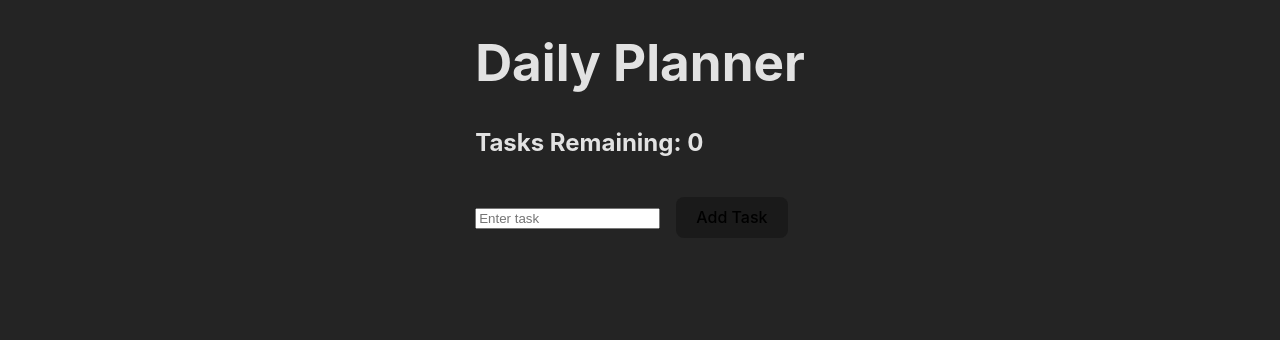
Repository: MelissaJacobi/frontend-assignment-4
Page: /
These files come from the project's save history. The page is drawn as it stood at one moment and after the next save; the edit follows.
The browser window is 1280 px wide. The pictures show the whole page.
The project was rebuilt for these pictures with package versions that can differ from the ones it lists, and the page was loaded fresh each time. Also part of the build but not shown: vite.config.js.

Above is the page before, as saved 2024-10-12 21:46:10.

After the next save:
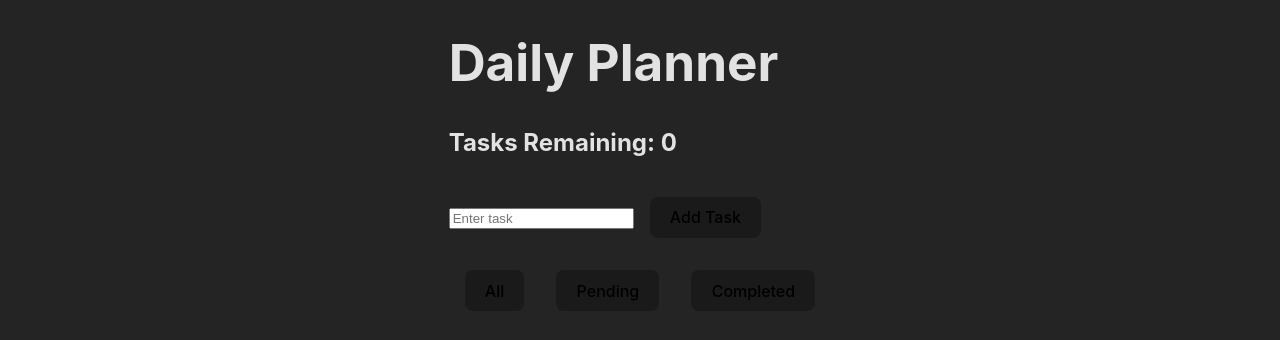
Saved 12 days later.
--- a/src/App.jsx
+++ b/src/App.jsx
@@ -4,6 +4,7 @@ import './App.css';
 function TaskList() {
     const [tasks, setTasks] = useState([]);
     const [taskInput, setTaskInput] = useState('');
+    const [filter, setFilter] = useState('all'); // 'all', 'completed', 'pending'
 
     const addTask = () => {
         if (!taskInput.trim()) {
@@ -28,9 +29,15 @@ function TaskList() {
 
     const remainingTasks = tasks.filter(task => !task.completed).length;
 
+    const filteredTasks = tasks.filter(task => {
+        if (filter === 'completed') return task.completed;
+        if (filter === 'pending') return !task.completed;
+        return true;
+    });
+
     return (
         <div className="task-list-container">
-          <h1>Daily Planner</h1>
+            <h1>Daily Planner</h1>
             <h2>Tasks Remaining: {remainingTasks}</h2>
             <input
                 type="text"
@@ -40,13 +47,20 @@ function TaskList() {
             />
             <button onClick={addTask}>Add Task</button>
 
+            <div className="filter-buttons">
+                <button onClick={() => setFilter('all')}>All</button>
+                <button onClick={() => setFilter('pending')}>Pending</button>
+                <button onClick={() => setFilter('completed')}>Completed</button>
+            </div>
+
             <div id="taskList">
-                {tasks.map((task, index) => (
+                {filteredTasks.map((task, index) => (
                     <div key={index} className={`task ${task.completed ? 'completed' : ''}`}>
                         <input
                             type="checkbox"
                             checked={task.completed}
                             onChange={() => toggleCompletion(index)}
+                            disabled={task.completed}
                         />
                         <span className="task-text">{task.task}</span>
                         <button onClick={() => deleteTask(index)} className="deleteButton">Delete</button>
